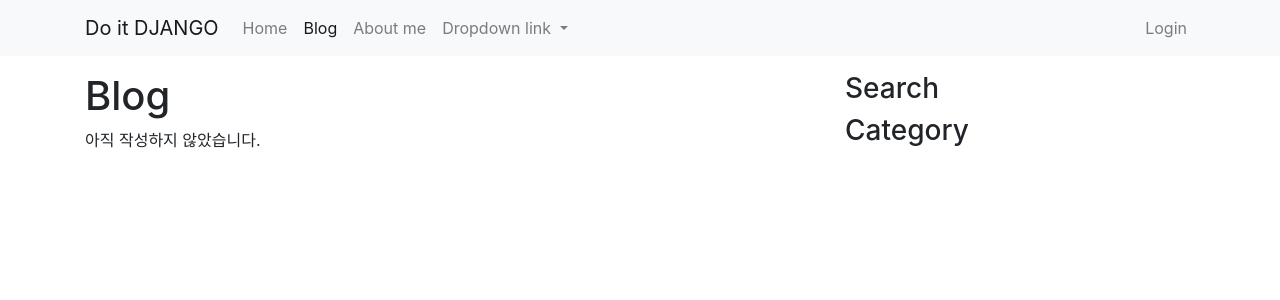
Repository: lwygold/do_it_ft
Page: blog_list.html
The author's editor kept a copy of each file at every save. The page is drawn from the files as they stood at one save, then again after the next save.
The browser window is 1280 px wide. The pictures show the whole page.

Above is the page before, as saved 2021-08-11 21:14:53.

### blog_list.html
<!DOCTYPE html>
<html lang="en">
<head>
    <meta charset="UTF-8">
    <meta http-equiv="X-UA-Compatible" content="IE=edge">
    <meta name="viewport" content="width=device-width, initial-scale=1.0">
    <link rel="stylesheet" href="https://cdn.jsdelivr.net/npm/bootstrap@4.6.0/dist/css/bootstrap.min.css"
        integrity="sha384-B0vP5xmATw1+K9KRQjQERJvTumQW0nPEzvF6L/Z6nronJ3oUOFUFpCjEUQouq2+l" crossorigin="anonymous">
    <link rel="stylesheet" href="./sub.css" type="text/css" />
    <title>About Me</title>
</head>
<body>

    <nav class="navbar navbar-expand-lg navbar-light bg-light">
        <div class="container">

            <a class="navbar-brand" href="#">Do it DJANGO</a>
            <button class="navbar-toggler" type="button" data-toggle="collapse" data-target="#navbarNavDropdown"
                aria-controls="navbarNavDropdown" aria-expanded="false" aria-label="Toggle navigation">
                <span class="navbar-toggler-icon"></span>
            </button>
            <div class="collapse navbar-collapse" id="navbarNavDropdown">
                <ul class="navbar-nav">
                    <li class="nav-item">
                        <a class="nav-link" href="./index.html">Home <span class="sr-only">(current)</span></a>
                    </li>
                    <li class="nav-item active">
                        <a class="nav-link" href="./blog_list.html">Blog</a>
                    </li>
                    <li class="nav-item">
                        <a class="nav-link" href="./about_me.html">About me</a>
                    </li>
                    <li class="nav-item dropdown">
                        <a class="nav-link dropdown-toggle" href="#" id="navbarDropdownMenuLink" role="button"
                            data-toggle="dropdown" aria-haspopup="true" aria-expanded="false">
                            Dropdown link
                        </a>
                        <div class="dropdown-menu" aria-labelledby="navbarDropdownMenuLink">
                            <a class="dropdown-item" href="#">Action</a>
                            <a class="dropdown-item" href="#">Another action</a>
                            <a class="dropdown-item" href="#">Something else here</a>
                        </div>
                    </li>
                </ul>
                <ul class="navbar-nav ml-auto">
                    <li class="nav-item">
                        <a class="nav-link" href="#">Login <span class="sr-only">(current)</span></a>
                    </li>
                </ul>

            </div>
        </div>
    </nav>

    <div class="container">
        <div class="row my-3">
            <div class="col-md-8">
                <h1>Blog</h1>
                <p>아직 작성하지 않았습니다.</p>
            </div>
            <div class="col-md-4">
                <h3>Search</h3>
                <h3>Category</h3>
            </div>
        </div>

    </div>

    <script src="https://code.jquery.com/jquery-3.5.1.slim.min.js"
        integrity="sha384-DfXdz2htPH0lsSSs5nCTpuj/zy4C+OGpamoFVy38MVBnE+IbbVYUew+OrCXaRkfj"
        crossorigin="anonymous"></script>
    <script src="https://cdn.jsdelivr.net/npm/bootstrap@4.6.0/dist/js/bootstrap.bundle.min.js"
        integrity="sha384-Piv4xVNRyMGpqkS2by6br4gNJ7DXjqk09RmUpJ8jgGtD7zP9yug3goQfGII0yAns"
        crossorigin="anonymous"></script>

</body>
</html>

### sub.css
.container {
    width:1920px;
    margin:0 auto;

}

After the next save:
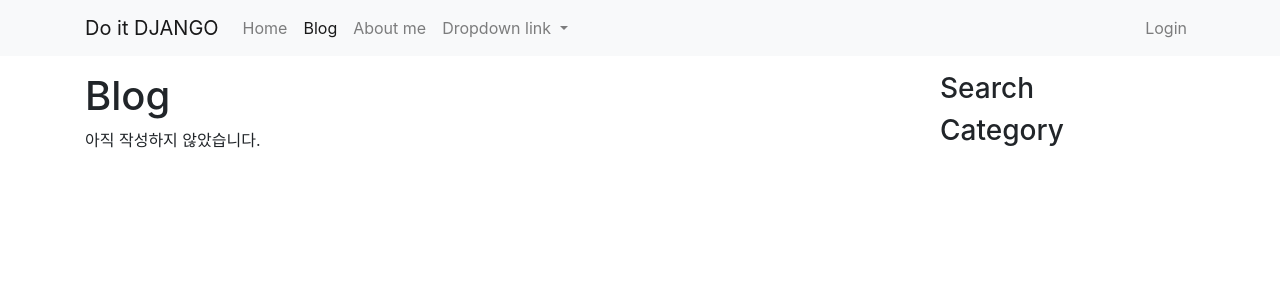
Saved 50 s later.
--- a/blog_list.html
+++ b/blog_list.html
@@ -54,11 +54,11 @@
 
     <div class="container">
         <div class="row my-3">
-            <div class="col-md-8">
+            <div class="col-md-8 col-lg-9">
                 <h1>Blog</h1>
                 <p>아직 작성하지 않았습니다.</p>
             </div>
-            <div class="col-md-4">
+            <div class="col-md-4 col-lg-3">
                 <h3>Search</h3>
                 <h3>Category</h3>
             </div>
